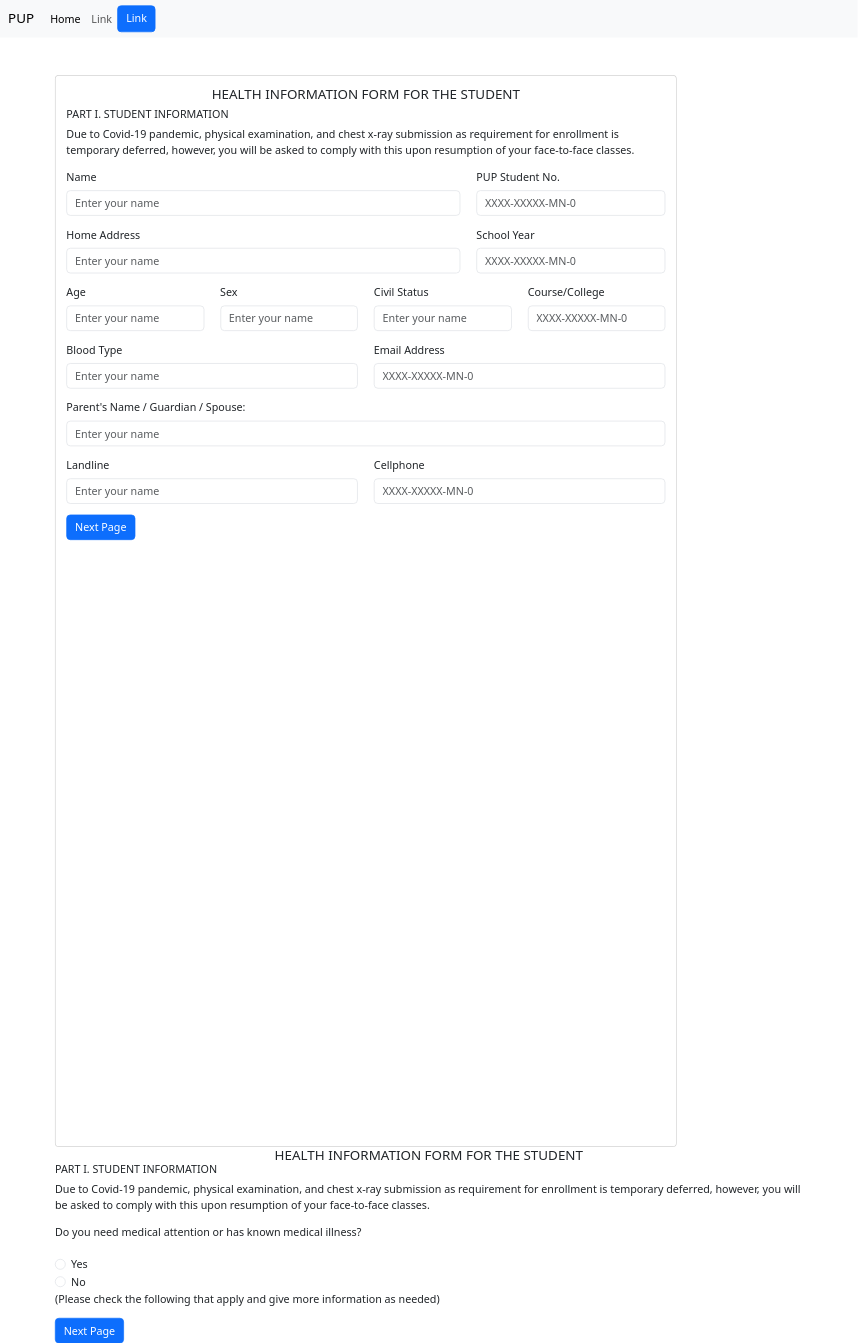
Repository: Nicktacku/webdev
Page: form.html
An editor plug-in stored every save of this project. The page is shown before and after the next save, followed by the edit.
The browser window is 1280 px wide. The pictures show the whole page, at 67% of full size.

Above is the page before, as saved 2024-07-15 18:17:47.

### form.html
<!DOCTYPE html>
<html lang="en">
  <head>
    <meta charset="UTF-8" />
    <meta name="viewport" content="width=device-width, initial-scale=1.0" />
    <title>Document</title>
    <link
      href="https://cdn.jsdelivr.net/npm/bootstrap@5.3.3/dist/css/bootstrap.min.css"
      rel="stylesheet"
      integrity="sha384-QWTKZyjpPEjISv5WaRU9OFeRpok6YctnYmDr5pNlyT2bRjXh0JMhjY6hW+ALEwIH"
      crossorigin="anonymous"
    />
  </head>
  <body>
    <!-- Navbar -->
    <nav class="navbar navbar-expand-lg bg-body-tertiary">
        <div class="container-fluid">
          <a class="navbar-brand" href="#">PUP</a>
          <button
            class="navbar-toggler"
            type="button"
            data-bs-toggle="collapse"
            data-bs-target="#navbarSupportedContent"
            aria-controls="navbarSupportedContent"
            aria-expanded="false"
            aria-label="Toggle navigation"
          >
            <span class="navbar-toggler-icon"></span>
          </button>
          <div class="collapse navbar-collapse" id="navbarSupportedContent">
            <ul class="navbar-nav me-auto mb-2 mb-lg-0">
              <li class="nav-item">
                <a class="nav-link active" aria-current="page" href="#">Home</a>
              </li>
              <li class="nav-item">
                <a class="nav-link" href="#">Link</a>
              </li>

              <a class="btn btn-primary" href="form.html" role="button">Link</a>
          </div>
        </div>
      </nav>

    <div
      class="container mt-2 pt-5"
    >


    <div class="card" style="width: 58rem; height: 100rem">

        <!-- section 1 -->
        <div class="card-body" id="section-1">
          <h5 class="card-title d-flex justify-content-center">HEALTH INFORMATION FORM FOR THE STUDENT</h5>
          <h6 class="card-text">PART I. STUDENT INFORMATION</h6>
          <p class="card-text">Due to Covid-19 pandemic, physical examination, and chest x-ray submission as requirement for enrollment is
            temporary deferred, however, you will be asked to comply with this upon resumption of your face-to-face classes.</p>

            <div class="row">
                <div class="col-8">
                    <div class="mb-3">
                        <label for="name" class="form-label">Name</label>
                        <input type="text" class="form-control" id="name-input" placeholder="Enter your name">
                      </div>
                </div>
                <div class="col">
                    <div class="mb-3">
                        <label for="name" class="form-label">PUP Student No.</label>
                        <input type="text" class="form-control" id="name-input" placeholder="XXXX-XXXXX-MN-0">
                      </div>
                </div>
            </div>

            <div class="row">
                <div class="col-8">
                    <div class="mb-3">
                        <label for="name" class="form-label">Home Address</label>
                        <input type="text" class="form-control" id="name-input" placeholder="Enter your name">
                      </div>
                </div>
                <div class="col">
                    <div class="mb-3">
                        <label for="name" class="form-label">School Year</label>
                        <input type="text" class="form-control" id="name-input" placeholder="XXXX-XXXXX-MN-0">
                      </div>
                </div>
            </div>

            <div class="row">
                <div class="col-3">
                    <div class="mb-3">
                        <label for="name" class="form-label">Age</label>
                        <input type="text" class="form-control" id="name-input" placeholder="Enter your name">
                      </div>
                </div>
                <div class="col-3">
                    <div class="mb-3">
                        <label for="name" class="form-label">Sex</label>
                        <input type="text" class="form-control" id="name-input" placeholder="Enter your name">
                      </div>
                </div>
                <div class="col-3">
                    <div class="mb-3">
                        <label for="name" class="form-label">Civil Status</label>
                        <input type="text" class="form-control" id="name-input" placeholder="Enter your name">
                      </div>
                </div>
                <div class="col">
                    <div class="mb-3">
                        <label for="name" class="form-label">Course/College</label>
                        <input type="text" class="form-control" id="name-input" placeholder="XXXX-XXXXX-MN-0">
                      </div>
                </div>
            </div>

            <div class="row">
                <div class="col-6">
                    <div class="mb-3">
                        <label for="name" class="form-label">Blood Type</label>
                        <input type="text" class="form-control" id="name-input" placeholder="Enter your name">
                      </div>
                </div>
                <div class="col">
                    <div class="mb-3">
                        <label for="name" class="form-label">Email Address</label>
                        <input type="text" class="form-control" id="name-input" placeholder="XXXX-XXXXX-MN-0">
                      </div>
                </div>
            </div>

            <div class="row">
                <div class="col">
                    <div class="mb-3">
                        <label for="name" class="form-label">Parent's Name / Guardian / Spouse:</label>
                        <input type="text" class="form-control" id="name-input" placeholder="Enter your name">
                      </div>
                </div>
            </div>

            <div class="row">
                <div class="col-6">
                    <div class="mb-3">
                        <label for="name" class="form-label">Landline</label>
                        <input type="text" class="form-control" id="name-input" placeholder="Enter your name">
                      </div>
                </div>
                <div class="col">
                    <div class="mb-3">
                        <label for="name" class="form-label">Cellphone</label>
                        <input type="text" class="form-control" id="name-input" placeholder="XXXX-XXXXX-MN-0">
                      </div>
                </div>
            </div>

          <a href="#" class="btn btn-primary">Next Page</a>
        </div>
      </div>

      <!-- Section 2 -->
      <div class="card-body" id="section-2">
        <h5 class="card-title d-flex justify-content-center">HEALTH INFORMATION FORM FOR THE STUDENT</h5>
        <h6 class="card-text">PART I. STUDENT INFORMATION</h6>
        <p class="card-text">Due to Covid-19 pandemic, physical examination, and chest x-ray submission as requirement for enrollment is
          temporary deferred, however, you will be asked to comply with this upon resumption of your face-to-face classes.</p>

          <div class="row">
            <div class="col">
                <div class="mb-3">
                    <label for="name" class="form-label">Do you need medical attention or has known medical illness?</label>
                </div>
                <div class="form-check">
                    <input class="form-check-input" type="radio" name="flexRadioDefault" id="flexRadioDefault1">
                    <label class="form-check-label" for="flexRadioDefault1">
                      Yes
                    </label>
                  </div>
                  <div class="form-check">
                    <input class="form-check-input" type="radio" name="flexRadioDefault" id="flexRadioDefault2">
                    <label class="form-check-label" for="flexRadioDefault2">
                      No
                    </label>
                  </div>

                  <div class="row">
                    <p>(Please check the following that apply and give more information as needed)</p>
                  </div>
            </div>
          </div>

        <a href="#" class="btn btn-primary">Next Page</a>
      </div>
    </div>


    <script
      src="https://cdn.jsdelivr.net/npm/bootstrap@5.3.3/dist/js/bootstrap.bundle.min.js"
      integrity="sha384-YvpcrYf0tY3lHB60NNkmXc5s9fDVZLESaAA55NDzOxhy9GkcIdslK1eN7N6jIeHz"
      crossorigin="anonymous"
    ></script>
  </body>
</html>

After the next save:
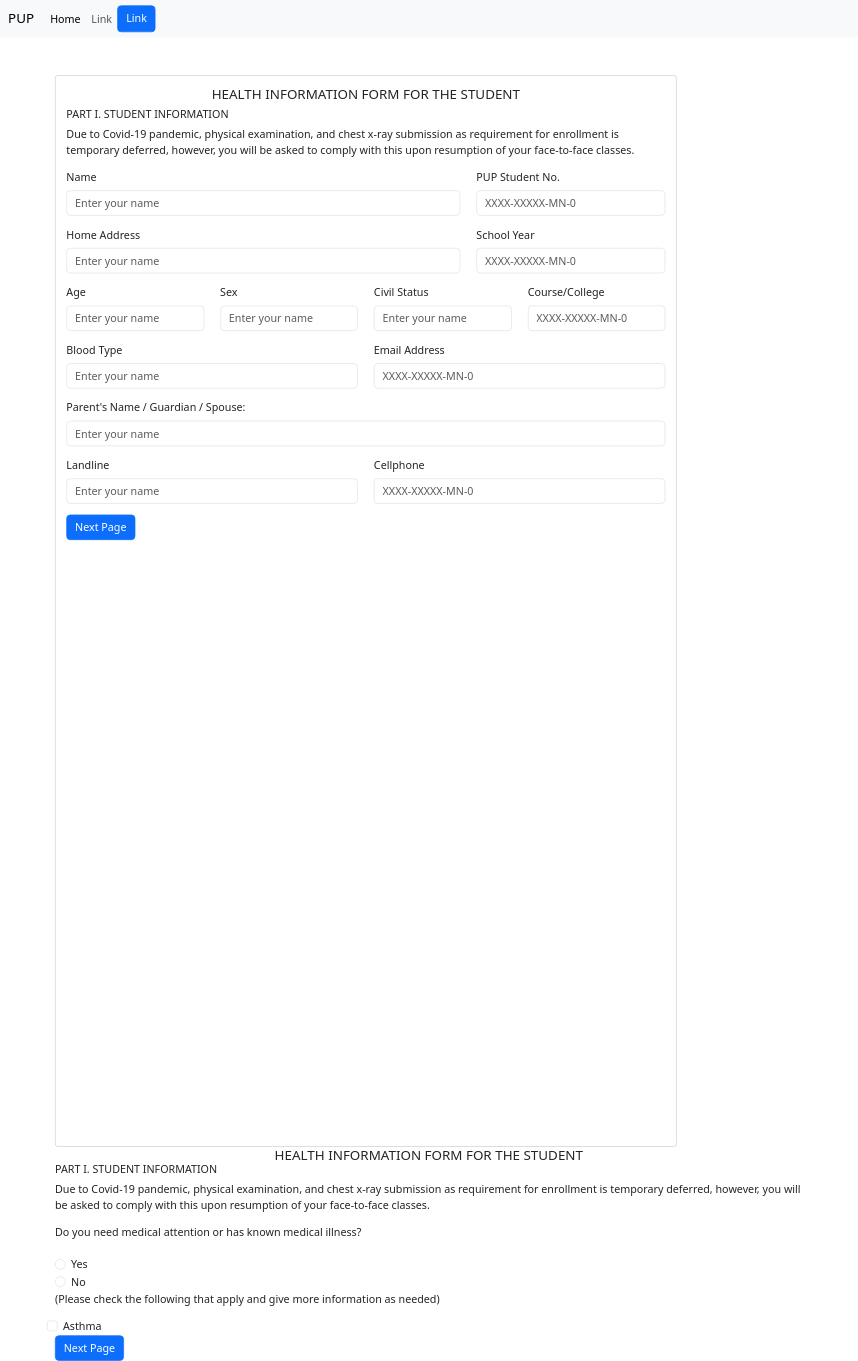
Saved 5 min 36 s later.
--- a/form.html
+++ b/form.html
@@ -182,6 +182,12 @@
 
                   <div class="row">
                     <p>(Please check the following that apply and give more information as needed)</p>
+                    <div class="form-check">
+                        <input class="form-check-input" type="checkbox" value="" id="flexCheckDefault">
+                        <label class="form-check-label" for="flexCheckDefault">
+                          Asthma
+                        </label>
+                      </div>
                   </div>
             </div>
           </div>
